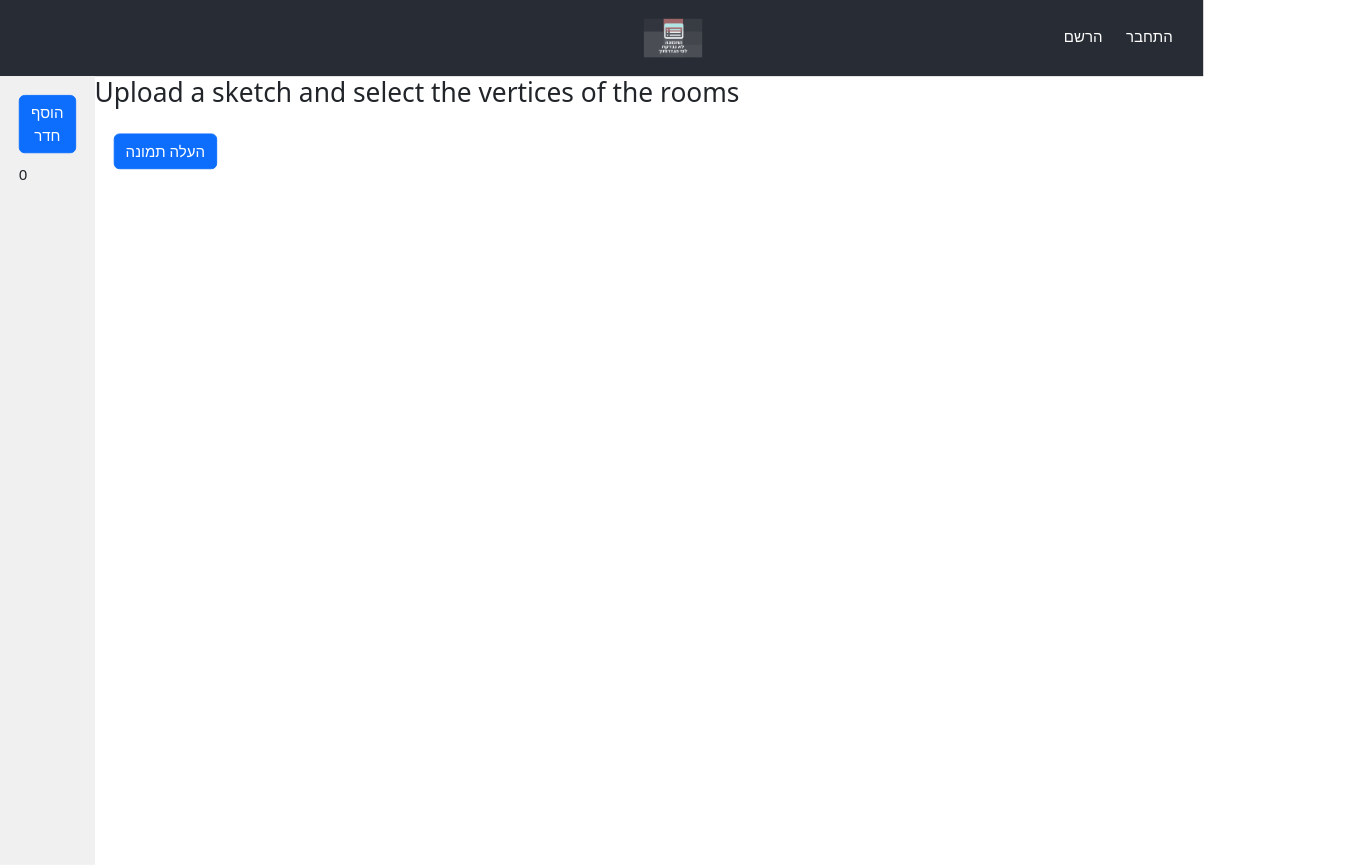
Repository: TamarHolzer/TamarHolzer-security_camera_project_client
Page: /optimal-coordinates
An editor plug-in stored every save of this project. The page is shown before and after the next save, followed by the edit.
The browser window is 1280 px wide. The page is 1381 px wide, then 1460 px, so the pictures cover 1460 px, including what lies to the right of the window. The pictures show the whole page, at 94% of full size.
The page's requests for data from a server got no answer. The project was rebuilt for these pictures with package versions that can differ from the ones it lists, and the page was loaded fresh each time. No one was signed in, and anything a server would have sent is missing. Also part of the build but not shown: src/components/Login.js, src/pages/Home.js, src/components/ShowPlan.js, src/components/HistpryPlanning.js.

Above is the page before, as saved 2024-07-05 00:44:42.

After the next save:
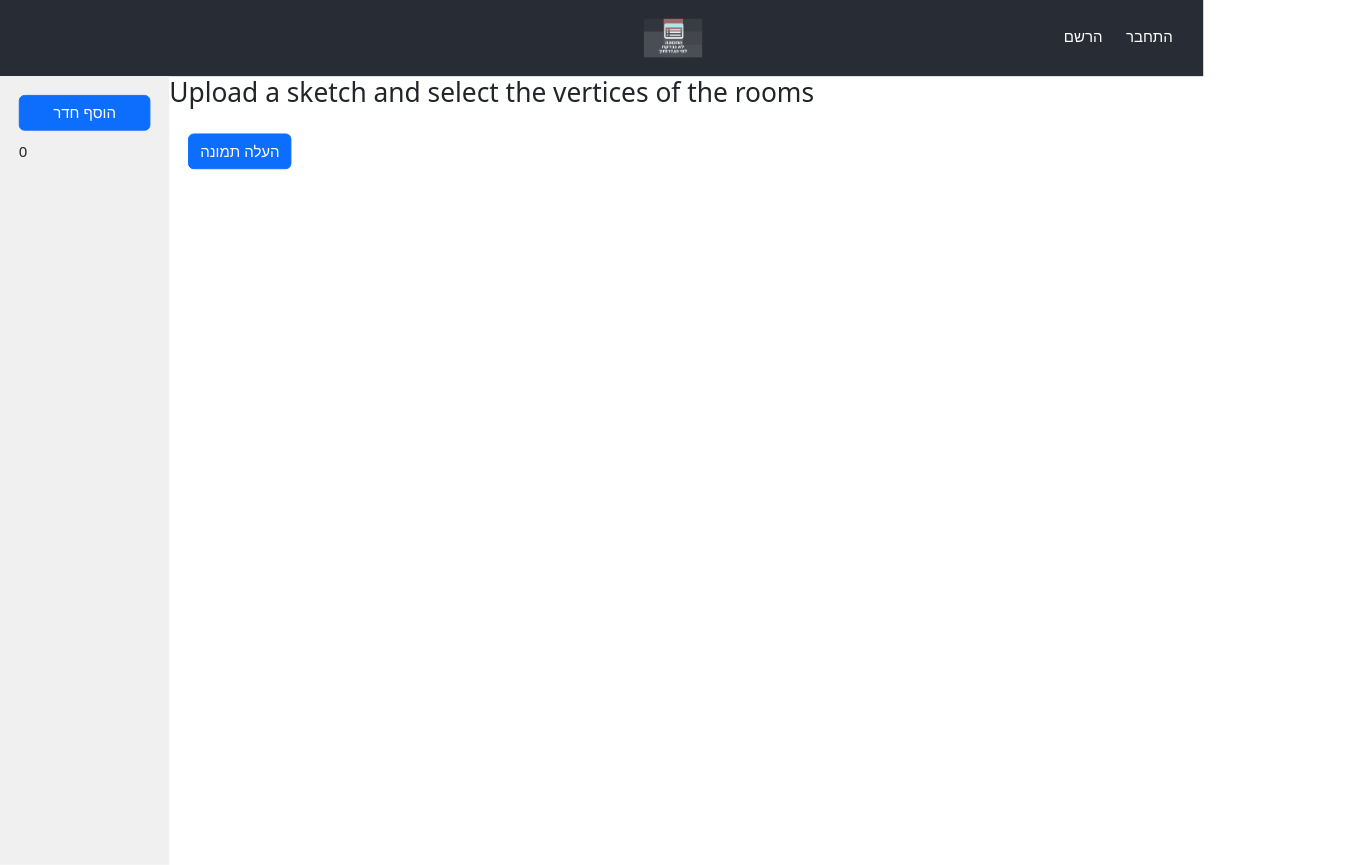
Saved 7 min 33 s later.
--- a/src/css/points.css
+++ b/src/css/points.css
@@ -42,8 +42,9 @@
 
 }
 .sidebar{
-    width: 25vh;
-    max-width: 220px;
+    min-width: 25vh;
+    flex-grow: 1;
+    flex-basis: 220px;
     background-color: #f0f0f0;
     padding: 20px;
 }
